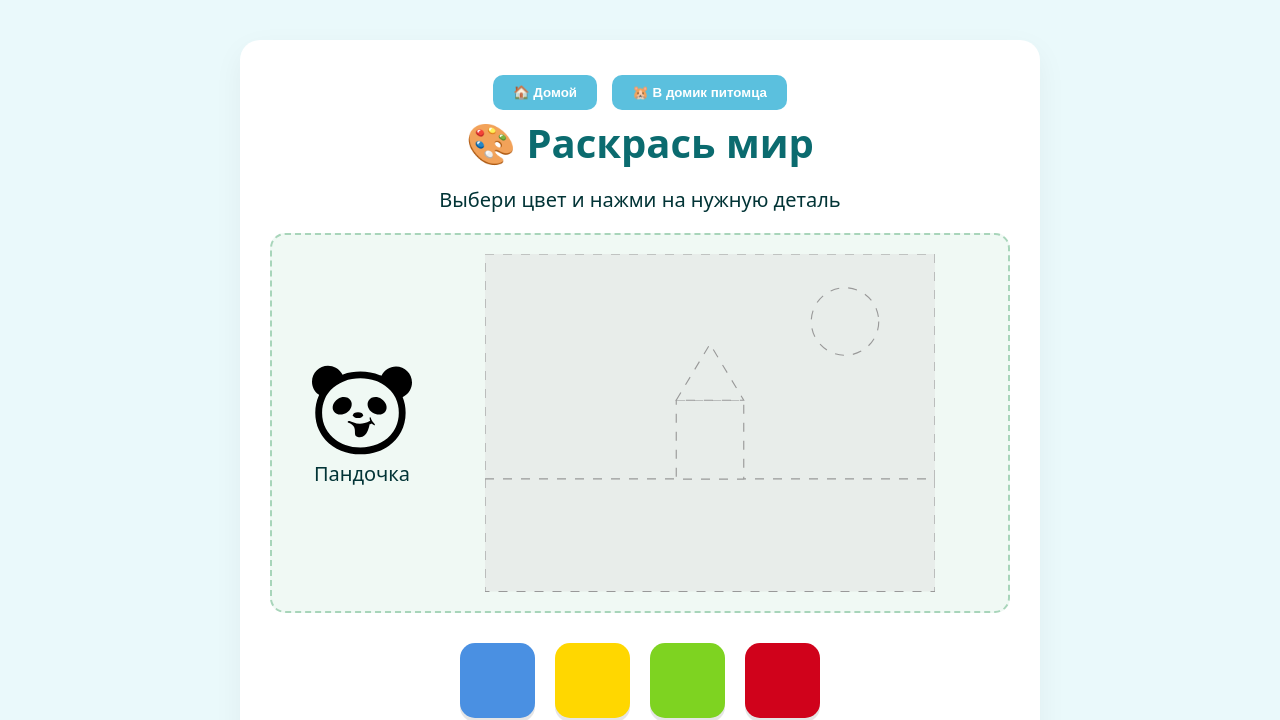
Repository: HOADF/kids-career-world
Page: games/artist/artist-game.html
The author's editor kept a copy of each file at every save. The page is drawn from the files as they stood at one save, then again after the next save.
The browser window is 1280 px wide. The pictures show the whole page.
An inner scrolling area shows only its first screen.

Above is the page before, as saved 2026-03-10 12:13:56.

After the next save:
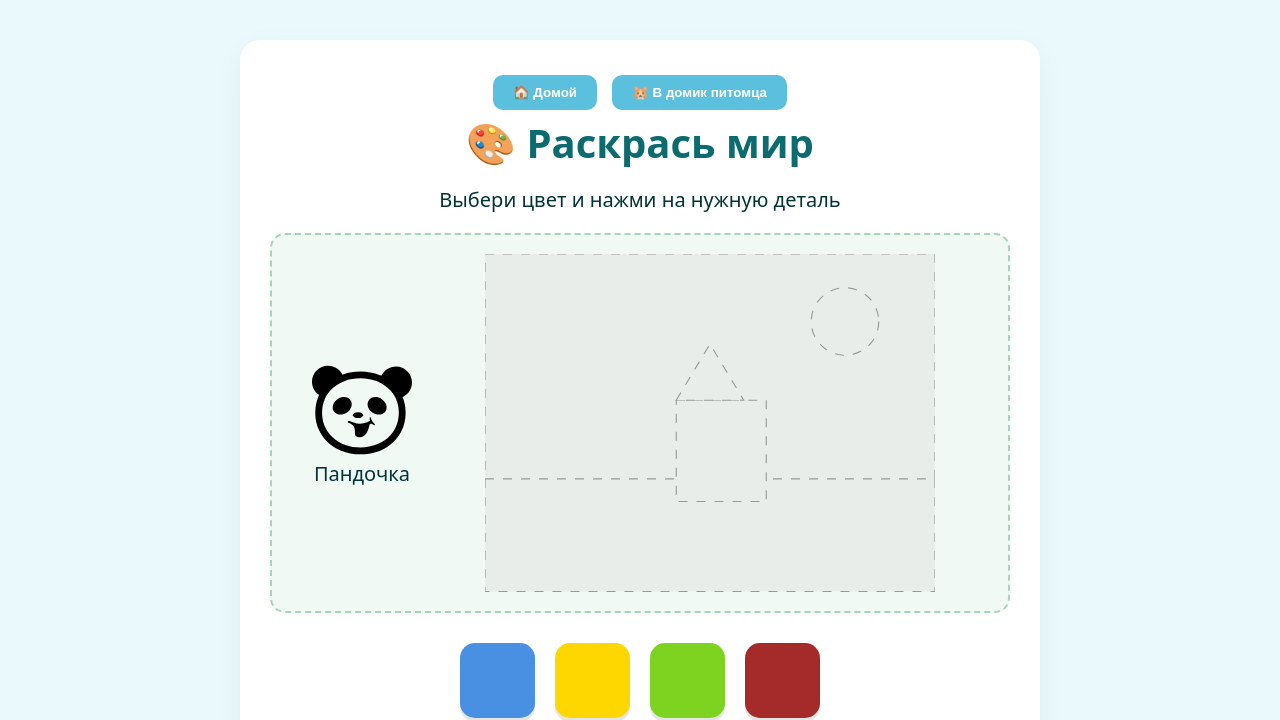
Saved 11 min 50 s later.
--- a/games/artist/artist-game.html
+++ b/games/artist/artist-game.html
@@ -34,8 +34,8 @@
 
                     <circle id="sun" class="paint-area" data-correct="yellow" data-name="Солнышко" cx="160" cy="30" r="15" />
 
-                    <rect id="house" class="paint-area" data-correct="red" data-name="Домик" x="85" y="65" width="30" height="35" />
-                    <path id="roof" class="paint-area" data-correct="red" data-name="Крыша" d="M85 65 L100 40 L115 65 Z" />
+                    <rect id="house" class="paint-area" data-correct="brown" data-name="Домик" x="85" y="65" width="40" height="45" />
+                    <path id="roof" class="paint-area" data-correct="brown" data-name="Крыша" d="M85 65 L100 40 L115 65 Z" />
                 </svg>
             </div>
         </div>
@@ -44,7 +44,7 @@
             <div class="color-item" id="blue" data-color="blue" data-hex="#4A90E2" style="background-color: #4A90E2;"></div>
             <div class="color-item" id="yellow" data-color="yellow" data-hex="#FFD700" style="background-color: #FFD700;"></div>
             <div class="color-item" id="green" data-color="green" data-hex="#7ED321" style="background-color: #7ED321;"></div>
-            <div class="color-item" id="red" data-color="red" data-hex="#D0021B" style="background-color: #D0021B;"></div>
+            <div class="color-item" id="red" data-color="brown" data-hex="#D0021B" style="background-color: brown;"></div>
         </div>
 
         <div class="bottom-nav">
